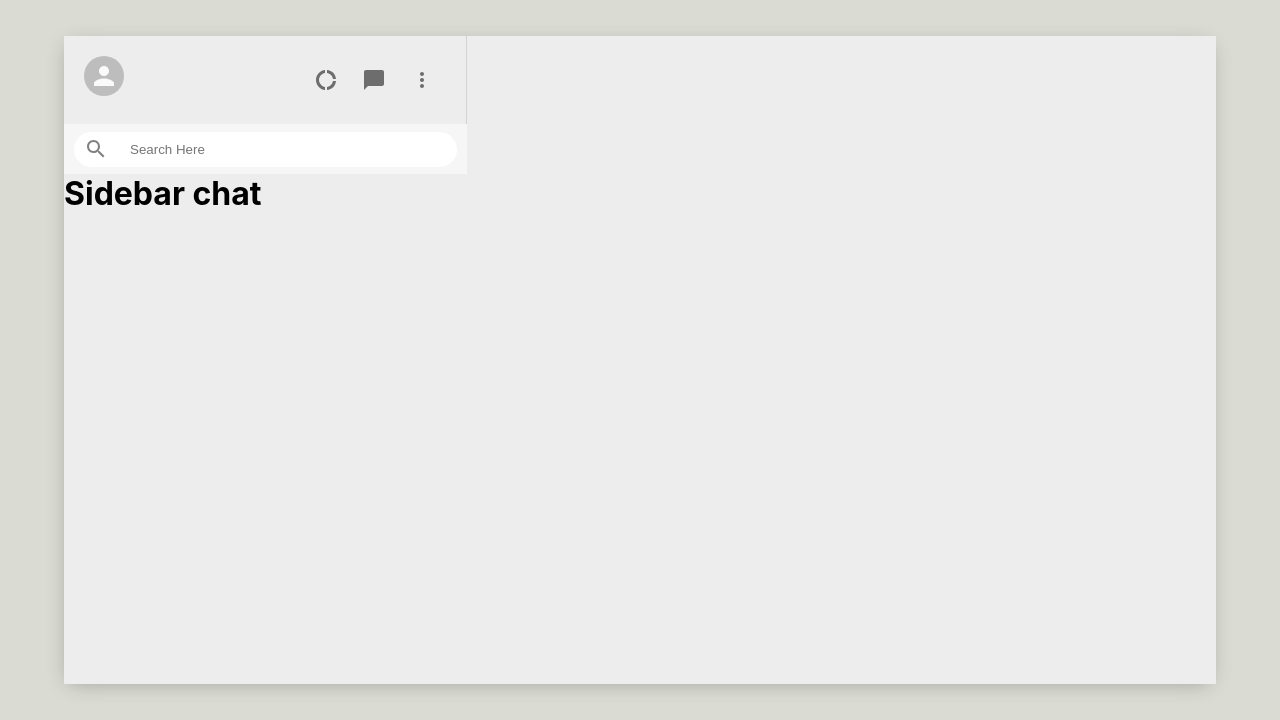
Repository: Prafullkuma/whatsappclon
Page: /
An editor plug-in stored every save of this project. The page is shown before and after the next save, followed by the edit.
The browser window is 1280 px wide. The pictures show the whole page.
The project was rebuilt for these pictures with package versions that can differ from the ones it lists, and the page was loaded fresh each time. Also part of the build but not shown: src/Component/Chat/sidebarChat.css.

Above is the page before, as saved 2020-08-19 12:16:05.

After the next save:
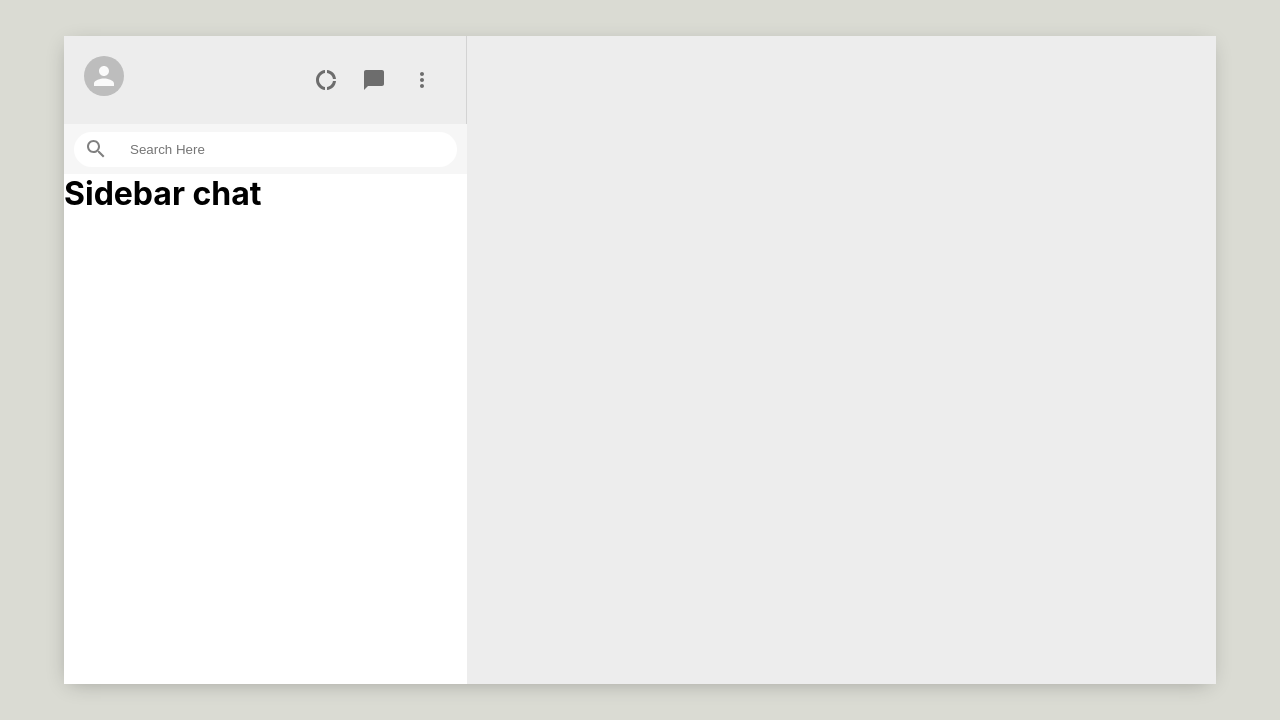
Saved 119 s later.
--- a/src/Component/Sidebar.css
+++ b/src/Component/Sidebar.css
@@ -42,3 +42,8 @@ border-radius: 20px;
     color: gray;
     padding: 10px;
 }
+.sidebar_chat{
+    flex: 1;
+    background-color: white;
+    overflow: scroll;
+}
